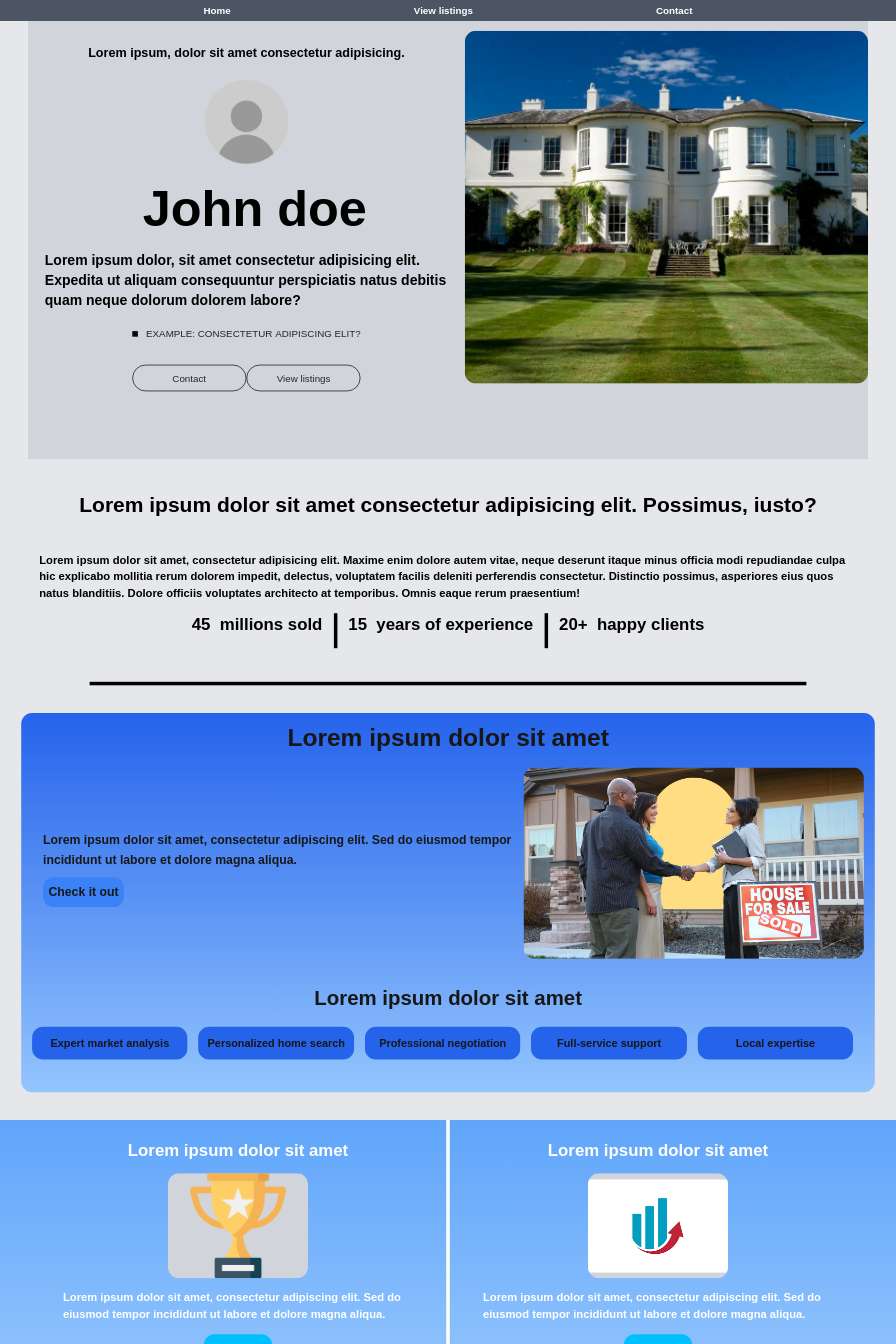
Repository: TMuse333/single-page-real-estate
Page: / (app in frontend/)
An editor plug-in stored every save of this project. The page is shown before and after a run of saves, followed by the edit.
The browser window is 1280 px wide. The pictures show the part of the page from y = 0 to 1920 px (the page is 6391 px tall), at 70% of full size.
The project was rebuilt for these pictures with package versions that can differ from the ones it lists, and the page was loaded fresh each time. The framework's server and built-in components were replaced by stand-ins that run in the browser. Also part of the build but not shown: frontend/next.config.mjs.

Above is the page before, as saved 2024-12-05 15:40:05.

After the next 4 saves:
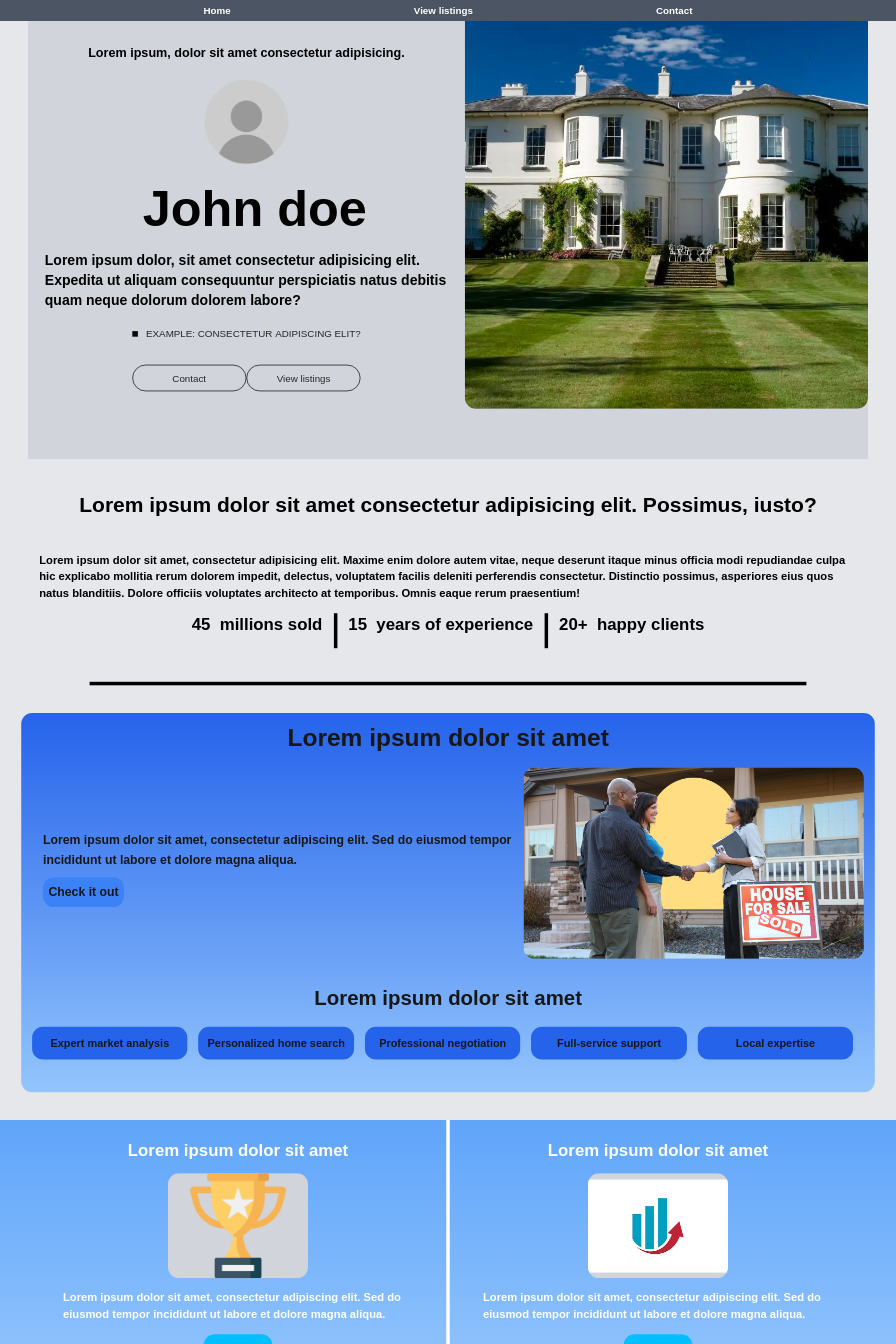
The 4 saves are shown as one change because they came seconds apart.
The last was saved 16 s later.
--- a/frontend/src/components/herobanner/herobanner.tsx
+++ b/frontend/src/components/herobanner/herobanner.tsx
@@ -69,7 +69,7 @@ const Herobanner = () => {
             width={1300}
             alt='A full body image of Thomas Musial'
             className="w-[45vw] hidden rounded-2xl  object-cover mx-auto
- bg-gray-300  md:block h-[70vh]
+ bg-gray-300  md:block h-[80vh]
 
 
             "
